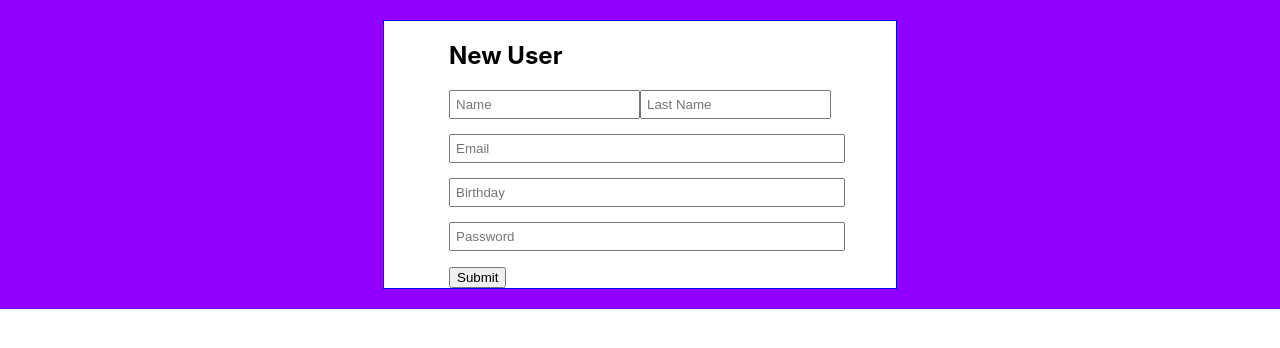
Repository: RobertAries28/CrudUsuarios
Page: /
These files come from the project's save history. The page is drawn as it stood at one moment and after the next save; the edit follows.
The browser window is 1280 px wide. The pictures show the whole page.
The page's requests for data from a server got no answer. The project was rebuilt for these pictures with package versions that can differ from the ones it lists, and the page was loaded fresh each time. No one was signed in, and anything a server would have sent is missing.

Above is the page before, as saved 2022-05-23 19:12:07.

### src/App.js

import axios from 'axios';
import { useEffect, useState } from 'react';
import './App.css';
import UsersForm from './UsersForm';
import UsersList from './UsersList';

const App=()=> {

  const [users,setUsers]= useState([])
  useEffect(()=>{
    axios.get('https://users-crud1.herokuapp.com/users/')
    .then(res=>setUsers(res.data))

  },[]);
  console.log(users)
  return (
    <div className="App">
     <UsersList users={users}/>
     <UsersForm/>
    </div>
  );
}

export default App;

### src/App.css
.App{
  background: #8F00FF;
  height: 100%;
  padding: 20px 0;
}

ul{
  list-style: none;
  padding: 0;
  margin: 0 0;



}

.users{
  border-radius: 20px;
  margin: auto;
  width: 50%;
  display: flex;
  justify-content: space-around;
  align-items: center;
  border: 1px solid blue;
  background: white;
  padding: 20px 0;
}

.formUser{
  display: flex;
  flex-direction: column;
  justify-content: center;
  align-items: center;
  border: 1px solid blue;
  background: white;
  margin: auto;
  width: 40%;
}

input{
padding: 5px;


}

.date{
  width: 100%;
}
label{
  margin: 2px;
}


.dateUsers{
  margin: 15px 0;
}

### src/UsersForm.js
import React, { useEffect, useState } from 'react';
import './App.css';

const UsersForm = ({addUsers,updateUsers,userEdit,selectUsers}) => {

        const [name,setName]= useState("");

        const [lastName, setLatName] = useState("");
        const [email,setEmail]= useState("");


        const [birthday, setBirthday] = useState("")
        const [password, setPassword] = useState("")

      useEffect(()=>{
          console.log("Cambio productEdit")

          if(userEdit){
              setName(userEdit.name);
              setLatName(userEdit.lastName);
              setEmail(userEdit.email)
              setBirthday(userEdit.birthday)
              setPassword(userEdit.password)
          } else{
              setName("");
              setLatName("");
              setEmail("");
              setBirthday("");
              setPassword("")
          }
      },[userEdit])

        const submit=(e)=>{
            e.preventDefault();
            const user={

                name:name,
                lastName:lastName,
              email:email,
              birthday:birthday,
              password:password
            }

           if(userEdit){
               user.id= userEdit.id
             updateUsers(user);
           }else{

            addUsers(user)
        }



        }
        return (
            <div className='formUser'>
                <form onSubmit={submit}>
                  <h2>New User</h2>
                <div className='dateUsers'>

                      <input placeholder='Name' type="text"
                             id="name"
                             onChange={e=> setName(e.target.value)}
                                 value={name}
                             />


                      <input placeholder='Last Name' type="text"
                             id="lastname"
                             onChange={e=> setLatName(e.target.value)}
                                 value={lastName}
                             />
                  </div>

                  <div className='dateUsers'>

                      <input placeholder='Email' className='date' type="email"
                             id="email"
                             onChange={e=> setEmail(e.target.value)}
                                 value={email}
                             />
                  </div>
                  <div className='dateUsers'>

                      <input placeholder='Birthday' className='date' type="text"
                      id='birthday'
                      onChange={e=> setBirthday(e.target.value)}
                      value={birthday} />
                  </div>

                  <div className='dateUsers'>

                      <input placeholder='Password' className='date' type="password"
                      id='password'
                      onChange={e=> setPassword(e.target.value)}
                      value={password} />
                  </div>

                  <button >Submit</button>

                  {
                      userEdit &&
                      <button type='button'
                        onClick={()=> selectUsers(null)}
                      >Cancelar</button>
                  }
                </form>
            </div>
    );
}

export default UsersForm;

### src/UsersList.js
import React from 'react';
import './App.css';

const UsersList = ({users,removeProduct,selecProduct}) => {
    return (
        <div className='infoUsers'>
               <ul>
                {
                    users.map(user=>(
                        <li className='users' style={{marginBottom:"10px"}} key={user.id}>
                            <ul>
                                <li><b>Nombre: </b>{user.first_name}</li>
                                <li><b>Apellido: </b>{user.last_name}</li>
                                <li><b>Email: </b>{user.email}</li>
                                <li><b>Brithday: </b>{user.birthday}</li>
                            </ul>
                            <div className='button'>
                            <button onClick={()=>removeProduct(user.id)}>Eliminar</button>
                       <button onClick={()=>selecProduct(user)}>Actualizar</button>
                       </div>
                        </li>
                    ))
                }
            </ul>
        </div>
    );
}

export default UsersList;

Loaded but not shown: public/index.html (common file); src/index.js (common file); src/index.css (common file); src/reportWebVitals.js (common file)

After the next save:
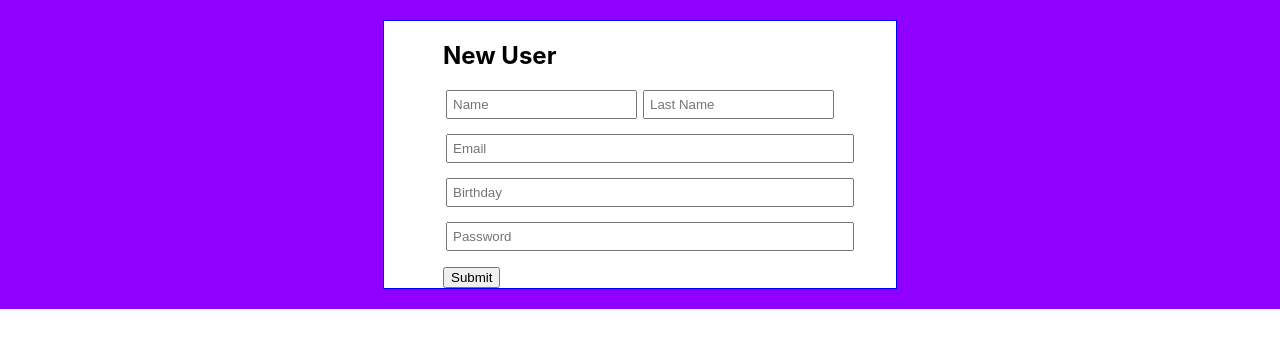
Saved 34 s later.
--- a/src/App.css
+++ b/src/App.css
@@ -38,6 +38,7 @@ ul{
 
 input{
 padding: 5px;
+margin: 0 3px;
 
 
 }
